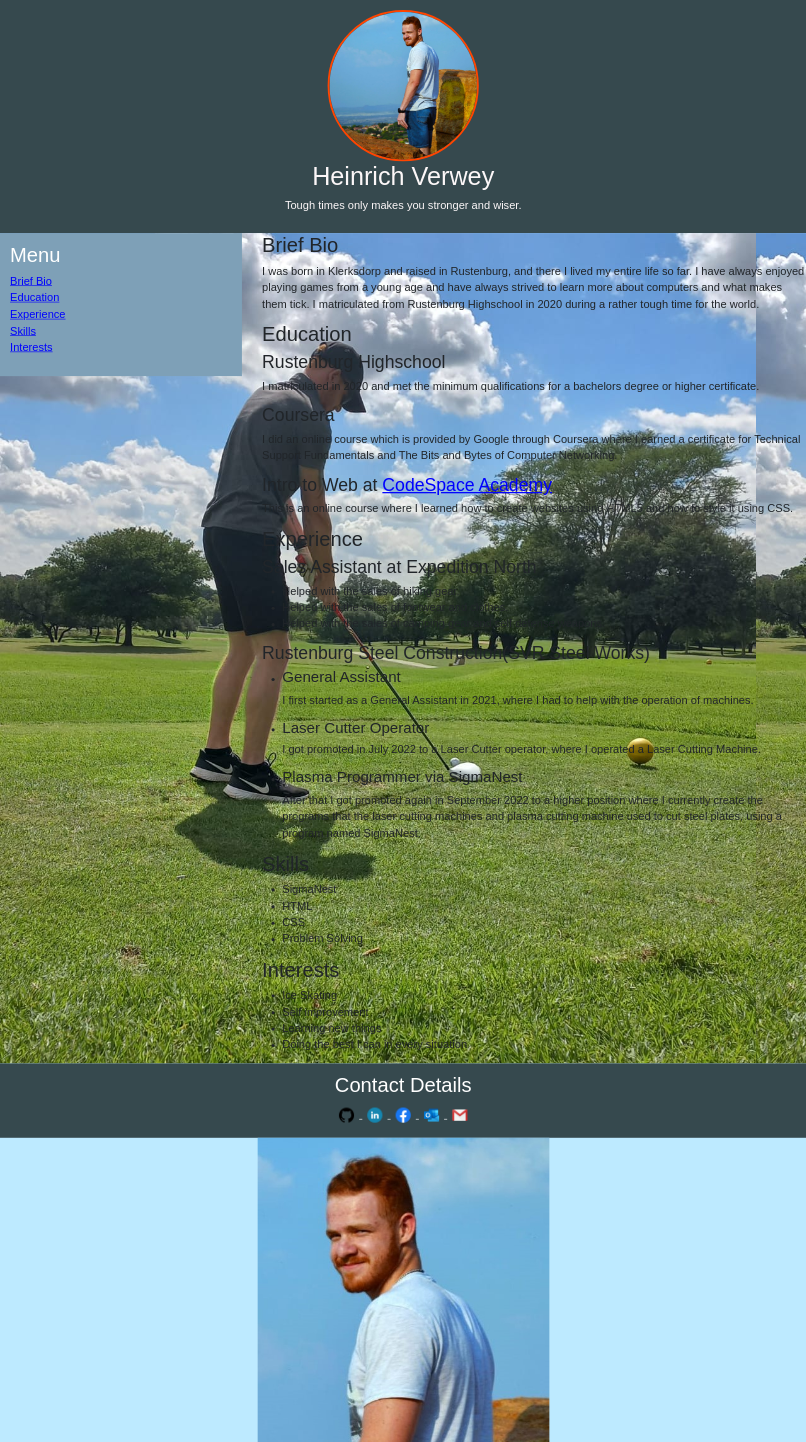
Repository: W3asl3y/IntroToWebDesign
Page: index.html
An editor plug-in stored every save of this project. The page is shown before and after the next save, followed by the edit.
The browser window is 1280 px wide. The pictures show the whole page, at 63% of full size.

Above is the page before, as saved 2022-12-07 21:01:42.

After the next save:
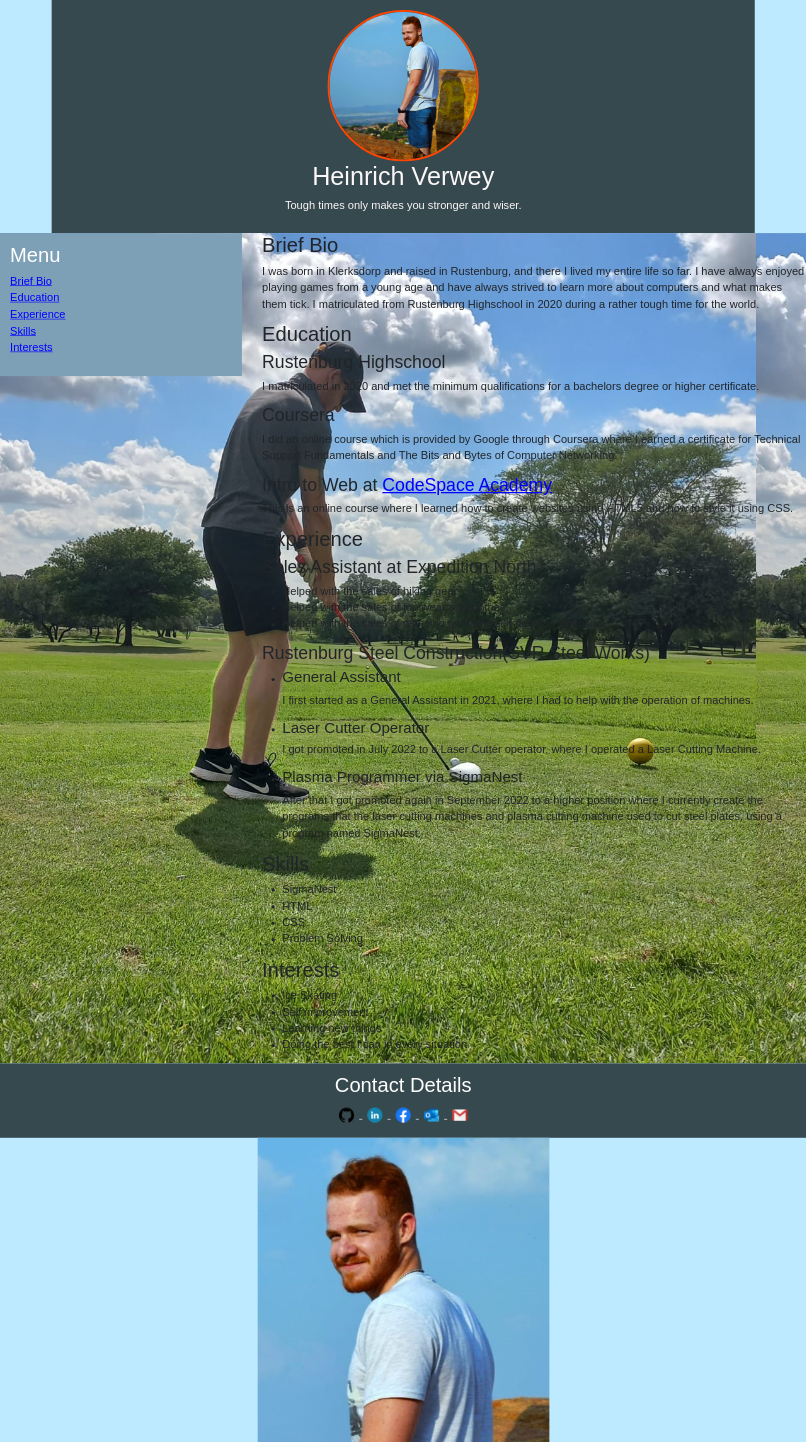
Saved 5 min 5 s later.
--- a/index.html
+++ b/index.html
@@ -11,24 +11,28 @@
 
         <link rel="stylesheet" href="https://cdn.jsdelivr.net/npm/bootstrap@5.2.3/dist/css/bootstrap.min.css" integrity="sha384-rbsA2VBKQhggwzxH7pPCaAqO46MgnOM80zW1RWuH61DGLwZJEdK2Kadq2F9CUG65" crossorigin="anonymous">
 
+        <link rel="stylesheet" type="text/css" href="css/stylesheet.css">
+
         <script src="https://cdn.jsdelivr.net/npm/bootstrap@5.2.3/dist/js/bootstrap.bundle.min.js" integrity="sha384-kenU1KFdBIe4zVF0s0G1M5b4hcpxyD9F7jL+jjXkk+Q2h455rYXK/7HAuoJl+0I4" crossorigin="anonymous"></script>
-
-        <link rel="stylesheet" type="text/css" href="css/stylesheet.css">
 
     </head>
     <body>
 
 
-        <div class="container-header">
-            <header id="heading">
-                <img id="profile_picture" src="images/Heinrich.jpg" alt="My profile picture" >
-                <h1>
-                    Heinrich Verwey
-                </h1>
-                <p>
-                    Tough times only makes you stronger and wiser.
-                </p>
-            </header>
+        <div class="container ">
+            <div class="row">
+                <div class="col-12">
+                    <header id="heading">
+                        <img id="profile_picture" src="images/Heinrich.jpg" alt="My profile picture" >
+                        <h1>
+                            Heinrich Verwey
+                        </h1>
+                        <p>
+                            Tough times only makes you stronger and wiser.
+                        </p>
+                    </header>
+                </div>
+            </div>
         </div>
 
         <div class="backgroundImage">
